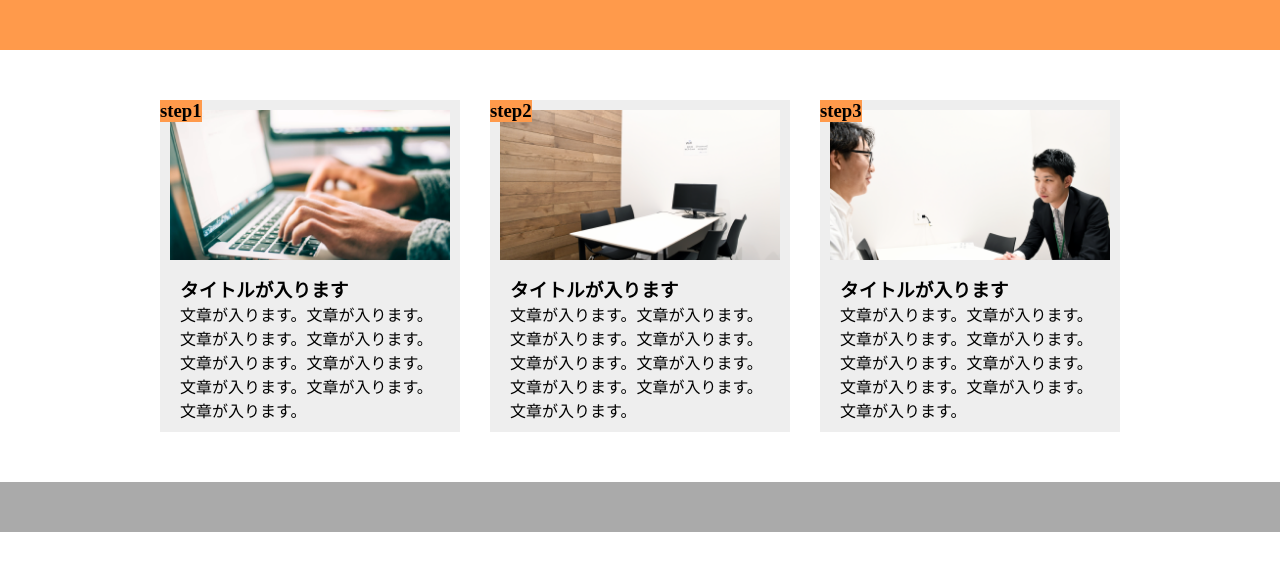
Repository: CarAll02/git-practice
Page: chapter9_exercise/index.html
The author's editor kept a record of every edit. The page is drawn from the files as they stood at one moment, then again after the next edit.
The browser window is 1280 px wide. The pictures show the whole page.

Above is the page before.

After the next edit:
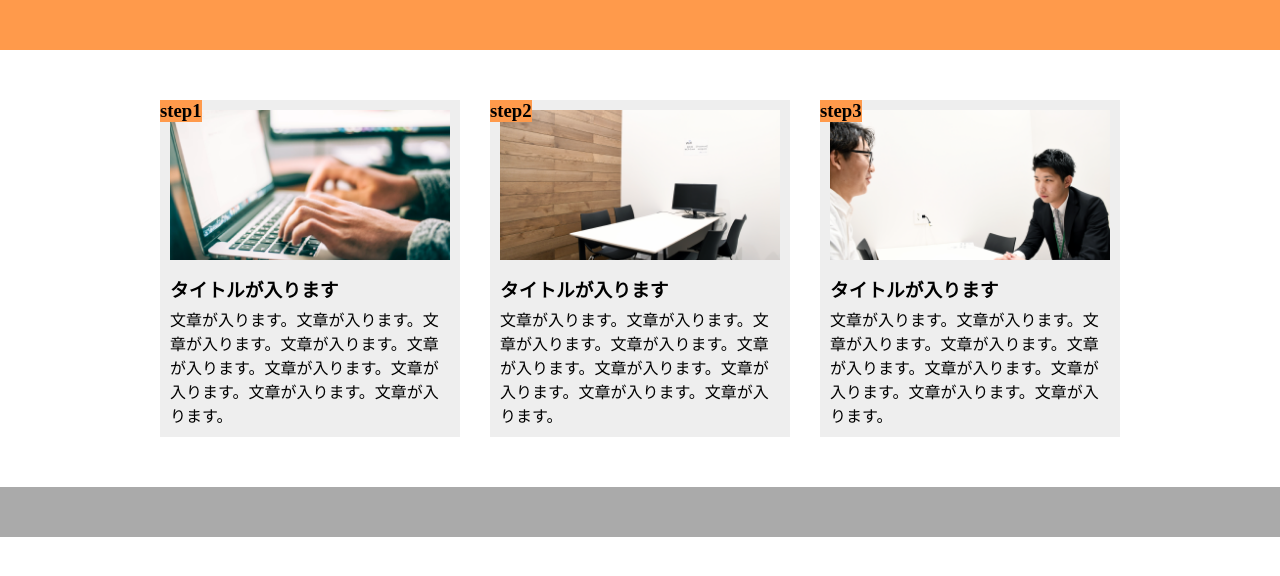
The edit:
--- a/chapter9_exercise/style.css
+++ b/chapter9_exercise/style.css
@@ -56,8 +56,13 @@
 }
 
 section{
-  margin:15px 10px 10px 10px;
+  margin-top:15px;
 }
+
+.title{
+  margin-bottom:5px;
+}
+
 
 footer{
   height:50px;
